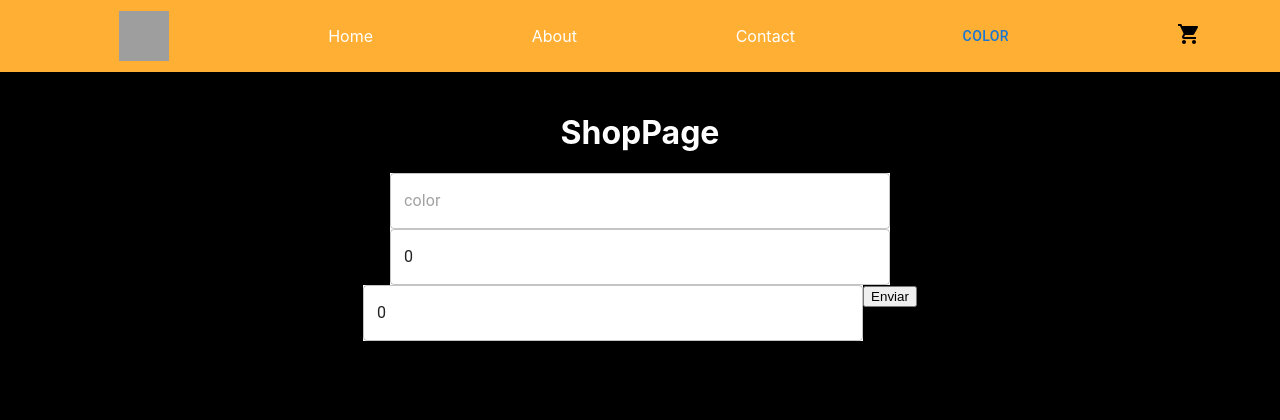
Repository: Toydrum/React-Hector-Coronado-EntregaFinal
Page: /shop
An editor plug-in stored every save of this project. The page is shown before and after the next save, followed by the edit.
The browser window is 1280 px wide. The pictures show the whole page.
Pictures or frames that could not be fetched are drawn as grey boxes. The project was rebuilt for these pictures with package versions that can differ from the ones it lists, and the page was loaded fresh each time. Also part of the build but not shown: vite.config.js, src/components/CardUser/CardUser.jsx, src/components/CardList/CardList.css, src/firebase/firebaseConfig.js, src/components/CardList/CardList.jsx, src/pages/HomePage/HomePage.jsx, src/pages/ContactPage/ContactPage.jsx, src/pages/AboutPage/AboutPage.jsx and 1 more.

Above is the page before, as saved 2023-07-16 18:19:17.

### src/App.jsx
//import React from "react";
import "./App.css";
import { BrowserRouter as Router, Routes, Route } from "react-router-dom";
//Components
import NavBar from "./components/Navbar/Navbar";
//import MenuColor from "./components/MenuColor/MenuColor";
//import CardUser from "./components/CardUser/CardUser";

//Pages
import HomePage from "./pages/HomePage/HomePage";
import ContactPage from "./pages/ContactPage/ContactPage";
import AboutPage from "./pages/AboutPage/AboutPage";
import DetailPage from "./pages/DetailPage/DetailPage";
import ShopPage from "./pages/ShopPage/ShopPage";

const App = () => {
  return (
    <Router>
      <div className="App">
        <NavBar />
        <Routes>
          <Route path="/" element={<HomePage />}></Route>
          <Route path="/About" element={<AboutPage />}></Route>
          <Route path="/Contact" element={<ContactPage />}></Route>
          <Route path="/detail/:id" element={<DetailPage />}></Route>
          <Route path="/shop" element={<ShopPage />}></Route>
        </Routes>
        <div className="Cards-Container"></div>
      </div>
    </Router>
  );
};

export default App;

### src/App.css
body{
  background-color: black;
}

.App {
  display: flex;
  flex-direction: column;
  justify-content: center;
}

.Cards-Container{
  display: flex;
  width: 100%;
  justify-content: center;
}

### src/components/Navbar/Navbar.jsx
import React from "react";
import "./Navbar.css";
import logo from "./cat-logo.svg";
import { Link } from "react-router-dom";
import CartWidget from "../CartWidget/CartWidget";
import MenuColor from "../MenuColor/MenuColor";

const NavBar = () => {
  return (
    <nav className="nav-container">
      <ul className="nav-ul">
        <img src={logo} alt="gatito" style={{ height: 50, width: 50 }} />
        <li className="li">
          <Link to="/" className="li">
            Home
          </Link>
        </li>
        <li className="li">
          <Link to="/about" className="li">
            About
          </Link>
        </li>
        <li className="li">
          <Link to="/contact" className="li">
            Contact
          </Link>
        </li>
        <li className="li">
          <MenuColor />
        </li>
        <li className="li">
          <Link to="/shop" className="li">
            <CartWidget className="li" />
          </Link>
        </li>
      </ul>
    </nav>
  );
};

export default NavBar;

### src/pages/ShopPage/ShopPage.jsx
import { useState } from "react";
import TextField from "@mui/material/TextField";
import "./Styles.css";

const initialState = {
  color: "",
  donacion: 0,
  cantidad: 0,
};

const ShopPage = () => {
  const [values, setValues] = useState(initialState);

  const handleOnChange = (e) => {
    const { value, color } = e.target;
    setValues({ ...values, [name]: value });
  };

  const onSubmit = (e) => {
    e.preventDefault();
    console.log(values);
  };

  return (
    <>
      <div className="caja">
        <h1 className="titulo">ShopPage</h1>
        <form onSubmit={onSubmit}>
          <TextField
            name="color"
            className="campo"
            placeholder="color"
            value={values.color}
            onChange={handleOnChange}
          />
          <TextField
            name="donación"
            className="campo"
            placeholder="donación"
            value={values.donacion}
            onChange={handleOnChange}
          />
          <TextField
            name="cantidad"
            className="campo"
            placeholder="cantidad"
            value={values.cantidad}
            onChange={handleOnChange}
          />
          <button>Enviar</button>
        </form>
      </div>
    </>
  );
};

export default ShopPage;

### src/components/Navbar/Navbar.css
.nav-container {
  background-color: #FFAF33;
  height: 10vh;
  display: flex;
  width: 100%;
  justify-content: space-around;
  align-items: center;
}

.nav-ul {
  display: flex;
  width: 100%;
  justify-content: space-around;
  align-items: center;
}

.li {
  color: white;
  list-style-type: none;
  text-decoration: none;
}

### src/components/CartWidget/CartWidget.jsx
import React from "react";
import ShoppingCartIcon from "@mui/icons-material/ShoppingCart";
import { Link } from "react-router-dom";

const CartWidget = () => {
  return (
    <div style={{ color: "black" }}>
      <ShoppingCartIcon />
    </div>
  );
};

export default CartWidget;

### src/components/MenuColor/MenuColor.jsx
import * as React from "react";
import Button from "@mui/material/Button";
import Menu from "@mui/material/Menu";
import MenuItem from "@mui/material/MenuItem";

const MenuColor = () => {
  const [anchorEl, setAnchorEl] = React.useState(null);
  const open = Boolean(anchorEl);
  const handleClick = (event) => {
    setAnchorEl(event.currentTarget);
  };
  const handleClose = () => {
    setAnchorEl(null);
  };

  return (
    <div>
      <Button
        id="demo-positioned-button"
        aria-controls={open ? "demo-positioned-menu" : undefined}
        aria-haspopup="true"
        aria-expanded={open ? "true" : undefined}
        onClick={handleClick}
      >
        Color
      </Button>
      <Menu
        id="demo-positioned-menu"
        aria-labelledby="demo-positioned-button"
        anchorEl={anchorEl}
        open={open}
        onClose={handleClose}
        anchorOrigin={{
          vertical: "top",
          horizontal: "left",
        }}
        transformOrigin={{
          vertical: "top",
          horizontal: "left",
        }}
      >
        <MenuItem onClick={handleClose}>Profile</MenuItem>
        <MenuItem onClick={handleClose}>My account</MenuItem>
        <MenuItem onClick={handleClose}>Logout</MenuItem>
      </Menu>
    </div>
  );
};

export default MenuColor;

### src/pages/ShopPage/Styles.css
.campo{
  display: flex;
  flex-flow: column;
  width: 500px;
  background-color : white;
  color: black;
  margin-right: auto;
  margin-left: auto;
}

.caja{
  display: flex;
  flex-flow: column;
  justify-content: center;
  text-align: center;
  width: 51%;
  height: 40vh;
  margin-right: auto;
  margin-left: auto;
  color:black;
}

.titulo{
  color: white;
}

Loaded but not shown: index.html (common file); src/main.jsx (common file); src/index.css (common file)

After the next save:
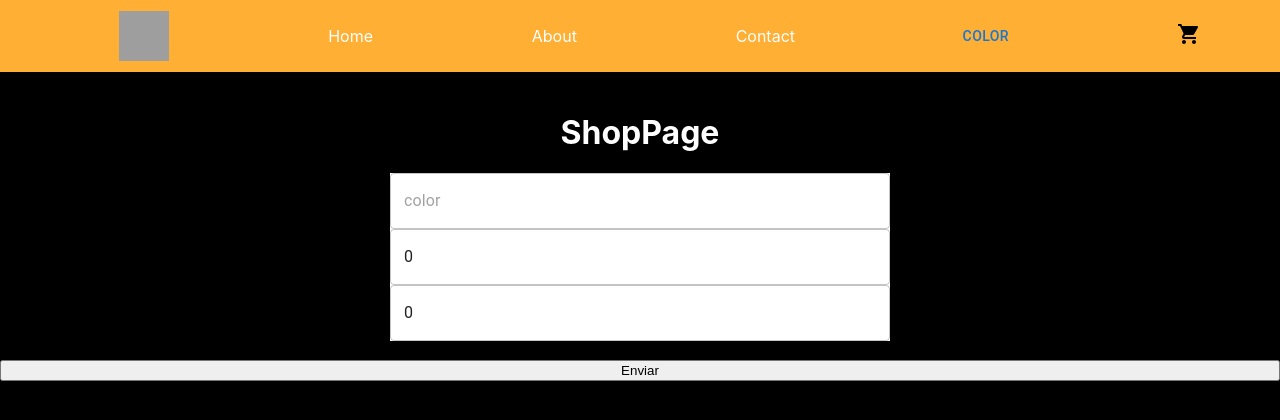
Saved 62 s later.
--- a/src/pages/ShopPage/ShopPage.jsx
+++ b/src/pages/ShopPage/ShopPage.jsx
@@ -47,9 +47,9 @@ const ShopPage = () => {
             value={values.cantidad}
             onChange={handleOnChange}
           />
-          <button>Enviar</button>
         </form>
       </div>
+      <button>Enviar</button>
     </>
   );
 };
